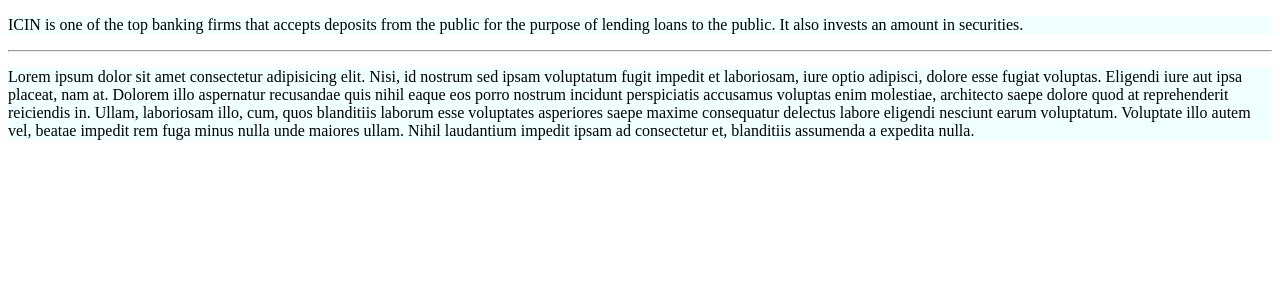
Repository: jha6435/phase3Revision
Page: http://localhost/home
An editor plug-in stored every save of this project. The page is shown before and after the next save, followed by the edit.
The browser window is 1280 px wide. The pictures show the whole page.
The page is this project's Thymeleaf template; nobody is signed in. The template is opened directly, without the code that normally fills it, so the values that code supplies are empty.

Above is the page before, as saved 2023-07-05 06:40:20.

### ICIN_Banking_Project/src/main/resources/templates/home.html
<!DOCTYPE html>
<html>
<head>
<meta charset="ISO-8859-1">
<title>Insert title here</title>
    <style>
p{background-color:azure}

   </style>
</head>
<body background-color:yellow>
<p>ICIN is one of the top banking firms that accepts deposits from the public for the purpose of lending loans to the public. It also invests an amount in securities.<p>
<hr>
<p> Lorem ipsum dolor sit amet consectetur adipisicing elit. Nisi, id nostrum sed ipsam
voluptatum fugit impedit et laboriosam, iure optio adipisci, dolore esse fugiat voluptas.
Eligendi iure aut ipsa placeat, nam at. Dolorem illo aspernatur recusandae quis nihil eaque eos porro nostrum
 incidunt perspiciatis accusamus voluptas enim molestiae, architecto saepe dolore quod at reprehenderit
 reiciendis in. Ullam, laboriosam illo, cum, quos blanditiis laborum esse voluptates asperiores saepe maxime
  consequatur delectus labore eligendi nesciunt earum voluptatum. Voluptate illo autem vel, beatae impedit
  rem fuga minus nulla unde maiores ullam. Nihil laudantium impedit ipsam ad consectetur et,
 blanditiis assumenda a expedita nulla.</p>
</body>
</html>

After the next save:
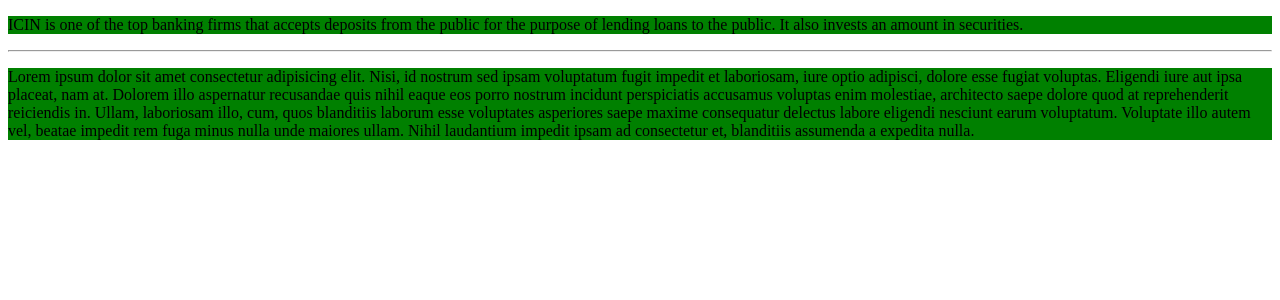
Saved 35 s later.
--- a/ICIN_Banking_Project/src/main/resources/templates/home.html
+++ b/ICIN_Banking_Project/src/main/resources/templates/home.html
@@ -4,7 +4,7 @@
 <meta charset="ISO-8859-1">
 <title>Insert title here</title>
     <style>
-p{background-color:azure}
+p{background-color:green}
 
    </style>
 </head>
